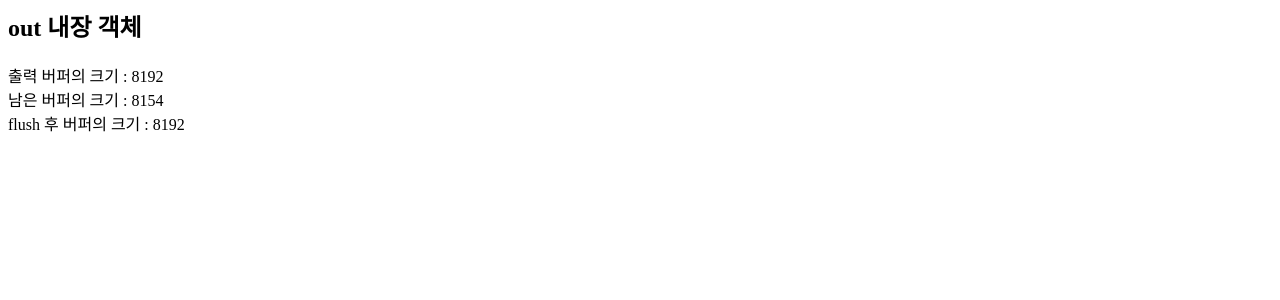
Repository: achul1026/jspStudy
Page: http://localhost/MustHaveJSP/02ImplicitObject/OutMain.jsp
These files come from the project's save history. The page is drawn as it stood at one moment and after the next save; the edit follows.
The browser window is 1280 px wide. The pictures show the whole page.
The page is served by Tomcat 9. Other server files are loaded and not shown.

Above is the page before, as saved 2022-09-21 13:08:56.

### MustHaveJSP/src/main/webapp/02ImplicitObject/OutMain.jsp
<%@ page language="java" contentType="text/html; charset=UTF-8"
    pageEncoding="UTF-8"%>
<!DOCTYPE html>
<html>
<head>
<title>내장 객체 - Response</title>
</head>
<body>
<%
	// 버퍼 내용 삭제하기
	out.print("출력되지 않는 텍스트");
	out.clearBuffer();

	out.print("<h2>out 내장 객체</h2>");

	// 버퍼 크기의 정보 확인
	out.print("출력 버퍼의 크기 : "+ out.getBufferSize() + "<br>");
	out.print("남은 버퍼의 크기 : "+ out.getRemaining() + "<br>");

	out.flush();
	out.print("flush 후 버퍼의 크기 : "+ out.getRemaining() + "<br>");
%>
</body>
</html>

After the next save:
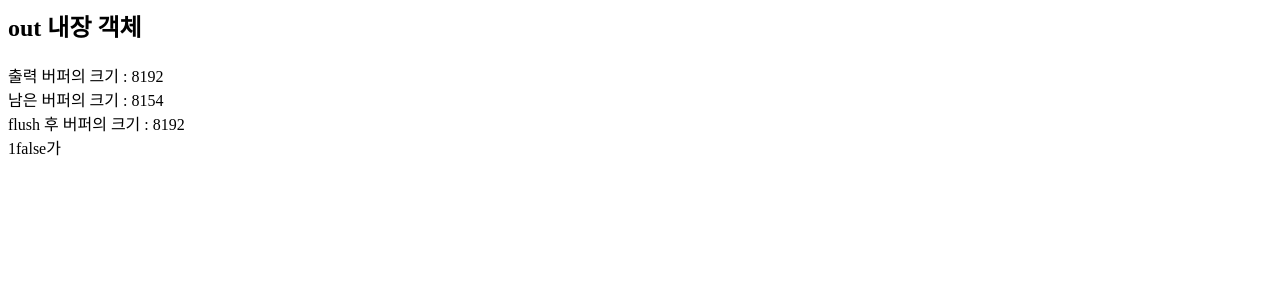
Saved 32 s later.
--- a/MustHaveJSP/src/main/webapp/02ImplicitObject/OutMain.jsp
+++ b/MustHaveJSP/src/main/webapp/02ImplicitObject/OutMain.jsp
@@ -19,6 +19,11 @@
 
 	out.flush();
 	out.print("flush 후 버퍼의 크기 : "+ out.getRemaining() + "<br>");
+
+	// 다양한 타입의 값 출력
+	out.print(1);
+	out.print(false);
+	out.print("가");
 %>
 </body>
 </html>
